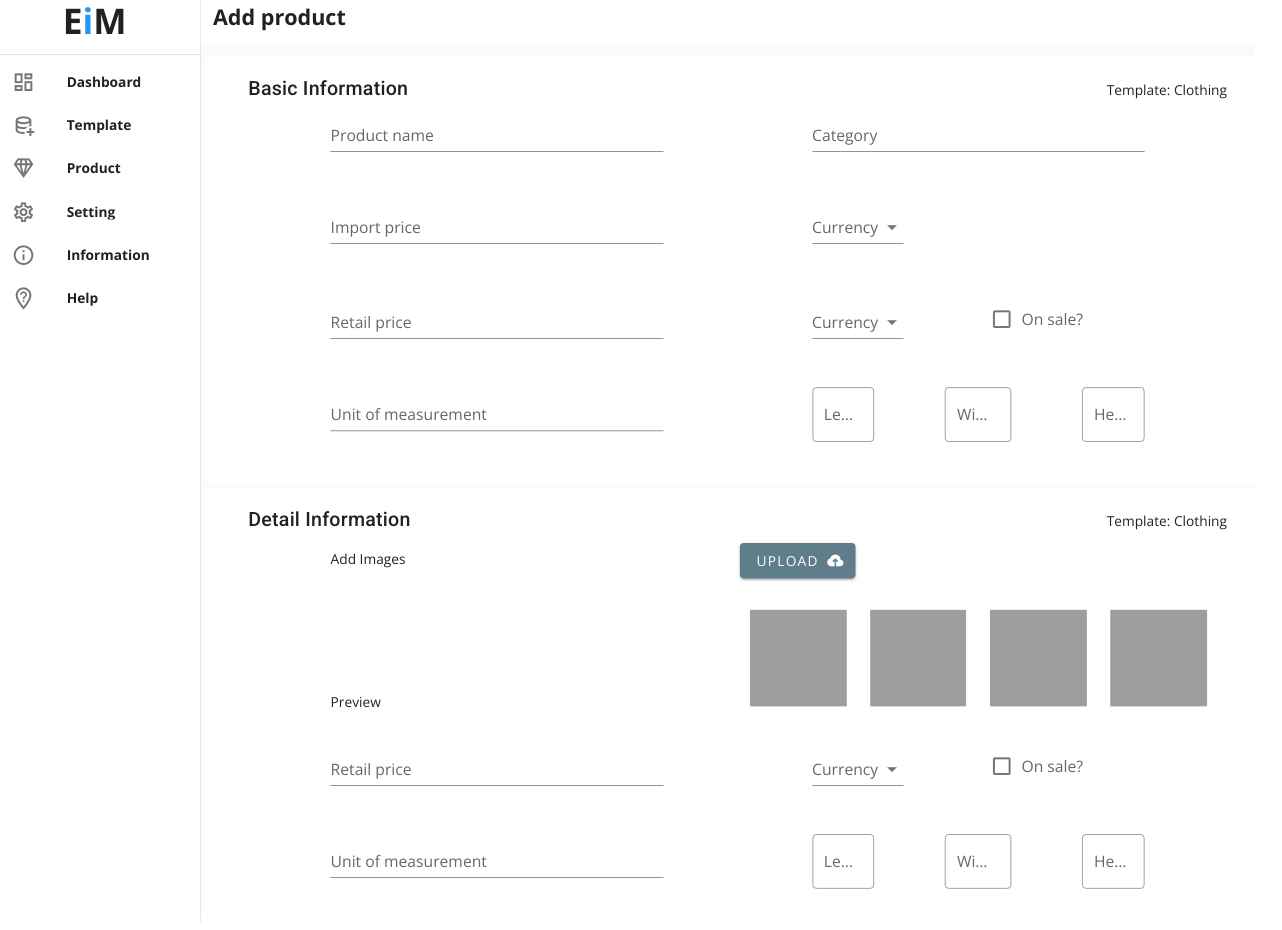
Repository: nguyenphuong152/pim-template
Page: /addproduct
The author's editor kept a copy of each file at every save. The page is drawn from the files as they stood at one save, then again after the next save.
The browser window is 1280 px wide. The page is 1308 px wide, so the pictures cover 1308 px, including what lies to the right of the window. The pictures show the whole page, at 98% of full size.
Pictures or frames that could not be fetched are drawn as grey boxes. The project was rebuilt for these pictures with package versions that can differ from the ones it lists, and the page was loaded fresh each time. Also part of the build but not shown: vue.config.js, src/views/Home.vue, src/components/Outcome_1/SearchTemplate.vue, src/components/Outcome_1/YourTemplate.vue, src/components/Outcome_1/ListComponent.vue, src/components/Outcome_1/AddInfo.vue, src/components/Outcome_1/AddDetail.vue, src/components/Outcome_1/CreateRegion.vue and 5 more.

Above is the page before, as saved 2020-12-21 12:02:30.

After the next save:
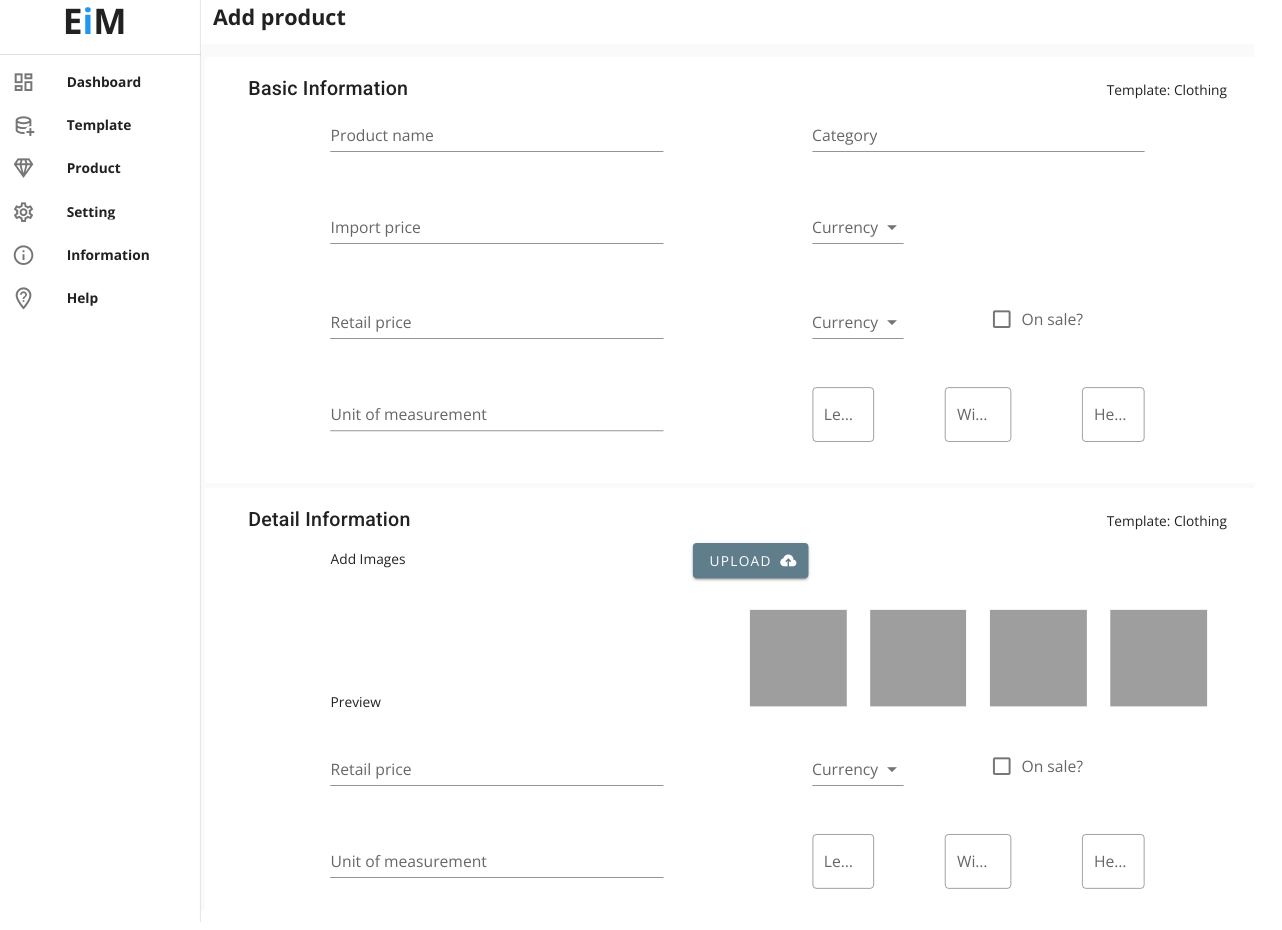
Saved 11 s later.
--- a/src/components/Outcome_2/Detail.vue
+++ b/src/components/Outcome_2/Detail.vue
@@ -14,7 +14,7 @@
             </v-container>
           </v-col>
           <v-col>
-            <v-container class="py-0 px-16">
+            <v-container class="py-0 px-16 pl-4">
               <v-btn color="blue-grey" class="ma-2 white--text">
                 Upload
                 <v-icon right dark>

After the 2 saves that followed:
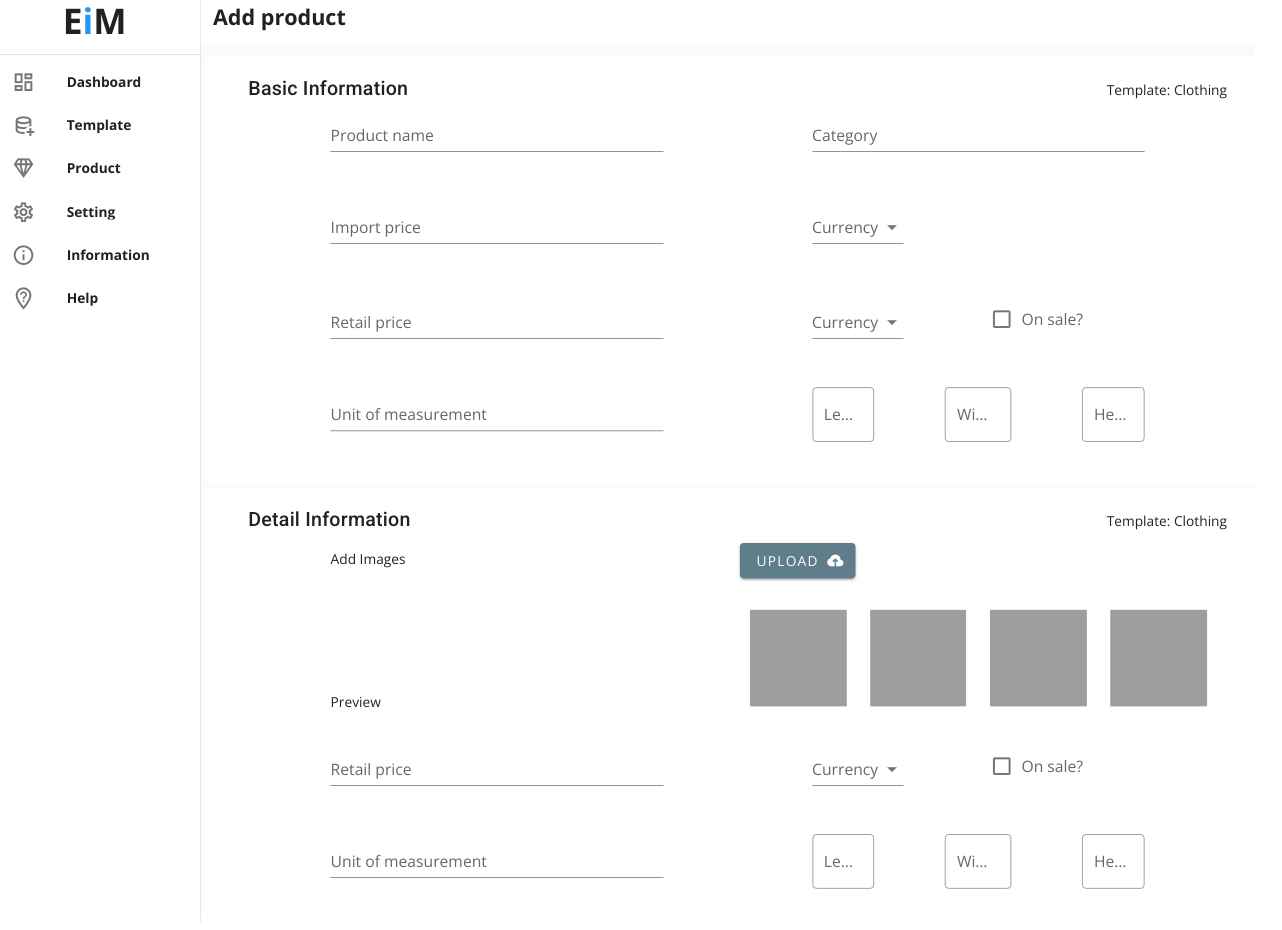
The 2 saves are shown as one change because they came seconds apart.
The last was saved 10 s later.
--- a/src/components/Outcome_2/Detail.vue
+++ b/src/components/Outcome_2/Detail.vue
@@ -14,7 +14,7 @@
             </v-container>
           </v-col>
           <v-col>
-            <v-container class="py-0 px-16 pl-4">
+            <v-container class="py-0 px-16 pr-16">
               <v-btn color="blue-grey" class="ma-2 white--text">
                 Upload
                 <v-icon right dark>
